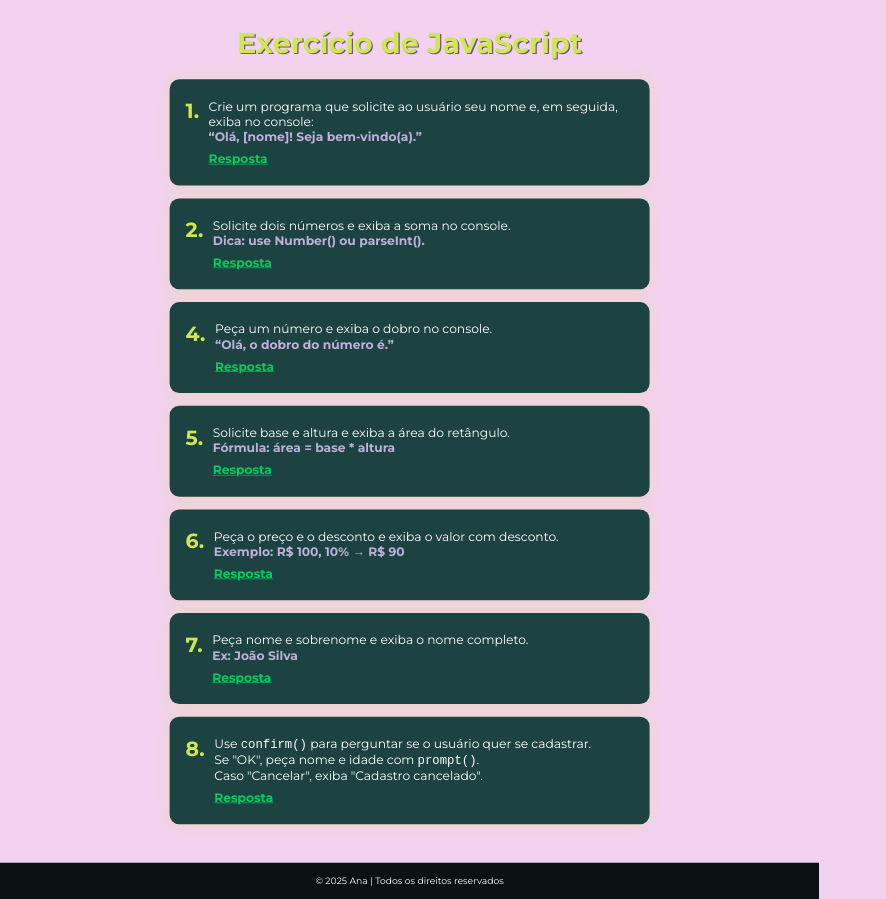
Repository: Anajaraa/atividadeJS
Page: index.html
The author's editor kept a copy of each file at every save. The page is drawn from the files as they stood at one save, then again after the next save.
The browser window is 1280 px wide. The page is 1280 px wide, then 1385 px, then 1280 px, so the pictures cover 1385 px, including what lies to the right of the window. The pictures show the whole page, at 64% of full size.
Some web fonts or font styles are not loaded; a fallback is used.

Above is the page before, as saved 2025-08-05 12:42:28.

After the next save:
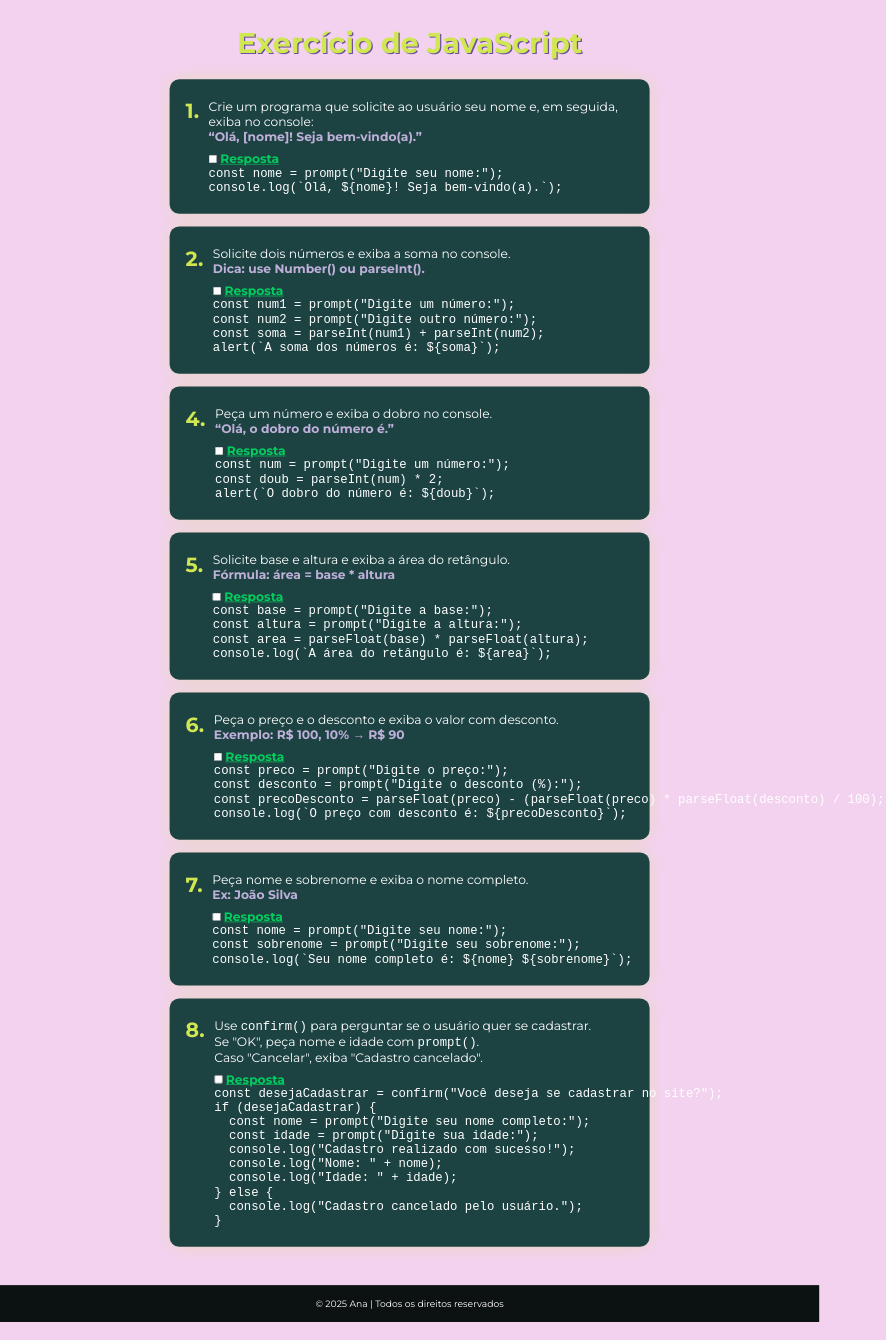
Saved 110 s later.
--- a/index.html
+++ b/index.html
@@ -16,12 +16,14 @@
       <div class="descricao">
         <p>Crie um programa que solicite ao usuário seu nome e, em seguida, exiba no console:<br>
         <strong>“Olá, [nome]! Seja bem-vindo(a).”</strong></p>
-        <span class="resposta-btn" data-id="1">Resposta</span>
-      </div>
-    </section>
-    <section class="card resposta-card" id="resposta-1">
+
+        <input type="checkbox" id="resposta1" class="toggle">
+        <label for="resposta1" class="resposta-btn">Resposta</label>
+        <div class="resposta">
 <pre><code>const nome = prompt("Digite seu nome:");
 console.log(`Olá, ${nome}! Seja bem-vindo(a).`);</code></pre>
+        </div>
+      </div>
     </section>
 
     <!-- Exercício 2 -->
@@ -30,14 +32,16 @@ console.log(`Olá, ${nome}! Seja bem-vindo(a).`);</code></pre>
       <div class="descricao">
         <p>Solicite dois números e exiba a soma no console.<br>
         <strong>Dica: use Number() ou parseInt().</strong></p>
-        <span class="resposta-btn" data-id="2">Resposta</span>
-      </div>
-    </section>
-    <section class="card resposta-card" id="resposta-2">
+
+        <input type="checkbox" id="resposta2" class="toggle">
+        <label for="resposta2" class="resposta-btn">Resposta</label>
+        <div class="resposta">
 <pre><code>const num1 = prompt("Digite um número:");
 const num2 = prompt("Digite outro número:");
 const soma = parseInt(num1) + parseInt(num2);
 alert(`A soma dos números é: ${soma}`);</code></pre>
+        </div>
+      </div>
     </section>
 
     <!-- Exercício 4 -->
@@ -46,13 +50,15 @@ alert(`A soma dos números é: ${soma}`);</code></pre>
       <div class="descricao">
         <p>Peça um número e exiba o dobro no console.<br>
         <strong>“Olá, o dobro do número é.”</strong></p>
-        <span class="resposta-btn" data-id="4">Resposta</span>
-      </div>
-    </section>
-    <section class="card resposta-card" id="resposta-4">
+
+        <input type="checkbox" id="resposta4" class="toggle">
+        <label for="resposta4" class="resposta-btn">Resposta</label>
+        <div class="resposta">
 <pre><code>const num = prompt("Digite um número:");
 const doub = parseInt(num) * 2;
 alert(`O dobro do número é: ${doub}`);</code></pre>
+        </div>
+      </div>
     </section>
 
     <!-- Exercício 5 -->
@@ -61,14 +67,16 @@ alert(`O dobro do número é: ${doub}`);</code></pre>
       <div class="descricao">
         <p>Solicite base e altura e exiba a área do retângulo.<br>
         <strong>Fórmula: área = base * altura</strong></p>
-        <span class="resposta-btn" data-id="5">Resposta</span>
-      </div>
-    </section>
-    <section class="card resposta-card" id="resposta-5">
+
+        <input type="checkbox" id="resposta5" class="toggle">
+        <label for="resposta5" class="resposta-btn">Resposta</label>
+        <div class="resposta">
 <pre><code>const base = prompt("Digite a base:");
 const altura = prompt("Digite a altura:");
 const area = parseFloat(base) * parseFloat(altura);
 console.log(`A área do retângulo é: ${area}`);</code></pre>
+        </div>
+      </div>
     </section>
 
     <!-- Exercício 6 -->
@@ -77,14 +85,16 @@ console.log(`A área do retângulo é: ${area}`);</code></pre>
       <div class="descricao">
         <p>Peça o preço e o desconto e exiba o valor com desconto.<br>
         <strong>Exemplo: R$ 100, 10% → R$ 90</strong></p>
-        <span class="resposta-btn" data-id="6">Resposta</span>
-      </div>
-    </section>
-    <section class="card resposta-card" id="resposta-6">
+
+        <input type="checkbox" id="resposta6" class="toggle">
+        <label for="resposta6" class="resposta-btn">Resposta</label>
+        <div class="resposta">
 <pre><code>const preco = prompt("Digite o preço:");
 const desconto = prompt("Digite o desconto (%):");
 const precoDesconto = parseFloat(preco) - (parseFloat(preco) * parseFloat(desconto) / 100);
 console.log(`O preço com desconto é: ${precoDesconto}`);</code></pre>
+        </div>
+      </div>
     </section>
 
     <!-- Exercício 7 -->
@@ -93,13 +103,15 @@ console.log(`O preço com desconto é: ${precoDesconto}`);</code></pre>
       <div class="descricao">
         <p>Peça nome e sobrenome e exiba o nome completo.<br>
         <strong>Ex: João Silva</strong></p>
-        <span class="resposta-btn" data-id="7">Resposta</span>
-      </div>
-    </section>
-    <section class="card resposta-card" id="resposta-7">
+
+        <input type="checkbox" id="resposta7" class="toggle">
+        <label for="resposta7" class="resposta-btn">Resposta</label>
+        <div class="resposta">
 <pre><code>const nome = prompt("Digite seu nome:");
 const sobrenome = prompt("Digite seu sobrenome:");
 console.log(`Seu nome completo é: ${nome} ${sobrenome}`);</code></pre>
+        </div>
+      </div>
     </section>
 
     <!-- Exercício 8 -->
@@ -109,10 +121,10 @@ console.log(`Seu nome completo é: ${nome} ${sobrenome}`);</code></pre>
         <p>Use <code>confirm()</code> para perguntar se o usuário quer se cadastrar.<br>
         Se "OK", peça nome e idade com <code>prompt()</code>.<br>
         Caso "Cancelar", exiba "Cadastro cancelado".</p>
-        <span class="resposta-btn" data-id="8">Resposta</span>
-      </div>
-    </section>
-    <section class="card resposta-card" id="resposta-8">
+
+        <input type="checkbox" id="resposta8" class="toggle">
+        <label for="resposta8" class="resposta-btn">Resposta</label>
+        <div class="resposta">
 <pre><code>const desejaCadastrar = confirm("Você deseja se cadastrar no site?");
 if (desejaCadastrar) {
   const nome = prompt("Digite seu nome completo:");
@@ -123,13 +135,14 @@ if (desejaCadastrar) {
 } else {
   console.log("Cadastro cancelado pelo usuário.");
 }</code></pre>
+        </div>
+      </div>
     </section>
+
   </main>
 
   <footer>
     © 2025 Ana | Todos os direitos reservados
   </footer>
-
-  <script src="script.js"></script>
 </body>
 </html>

After the save that followed:
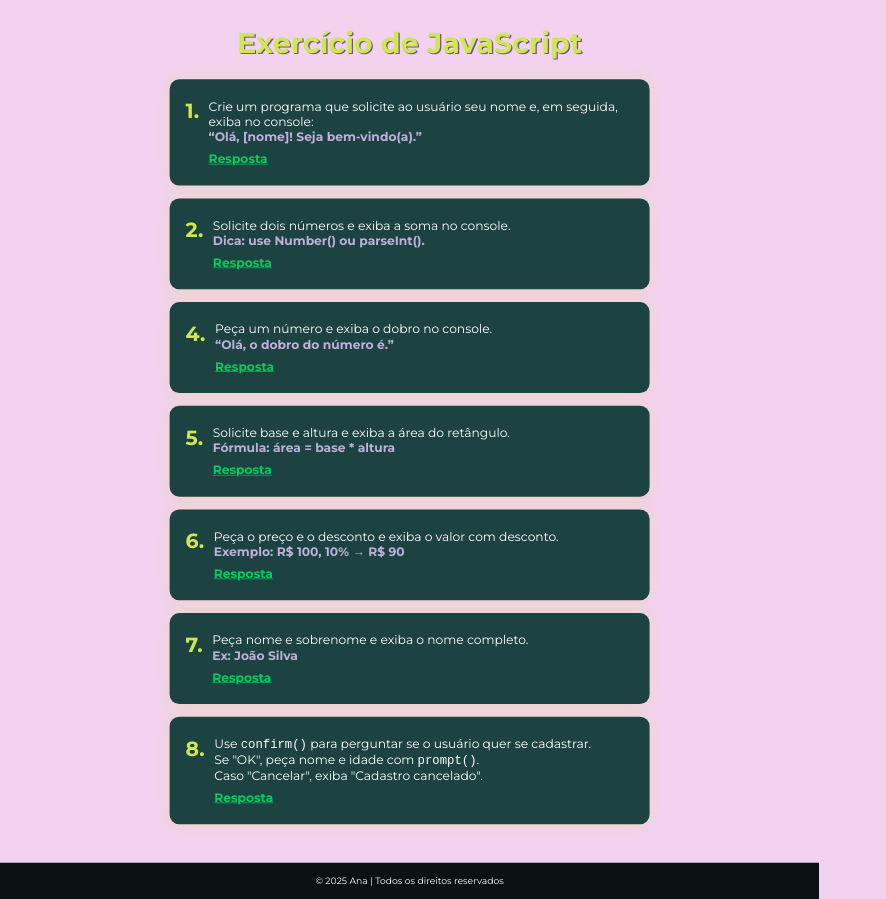
Saved 20 s later.
--- a/style.css
+++ b/style.css
@@ -1,4 +1,4 @@
-@import url('https://fonts.googleapis.com/css2?family=Montserrat:ital,wght@0,100..900;1,100..900&family=Sofia&display=swap');
+@import url('https://fonts.googleapis.com/css2?family=Montserrat:wght@400;700&display=swap');
 
 * {
   margin: 0;
@@ -20,7 +20,6 @@ body {
   display: flex;
   flex-direction: column;
   align-items: center;
-  justify-content: center;
   padding: 40px 20px;
   text-align: center;
 }
@@ -56,6 +55,7 @@ h1 {
   color: #ffffff;
   text-align: left;
   flex: 1;
+  position: relative;
 }
 
 .descricao strong {
@@ -71,6 +71,12 @@ footer {
   color: #ffffff;
 }
 
+/* Toggle invisível */
+.toggle {
+  display: none;
+}
+
+/* Botão resposta */
 .resposta-btn {
   display: inline-block;
   margin-top: 10px;
@@ -80,15 +86,20 @@ footer {
   text-decoration: underline;
 }
 
-.resposta-card {
+/* Resposta escondida por padrão */
+.resposta {
   display: none;
   background-color: #2c2c2c;
   color: #d4ffd4;
   padding: 20px;
   border-radius: 15px;
-  max-width: 750px;
-  width: 90%;
   font-family: monospace;
   white-space: pre-wrap;
   word-wrap: break-word;
+  margin-top: 15px;
 }
+
+/* Mostrar resposta se checkbox estiver marcado */
+.toggle:checked + .resposta-btn + .resposta {
+  display: block;
+}
